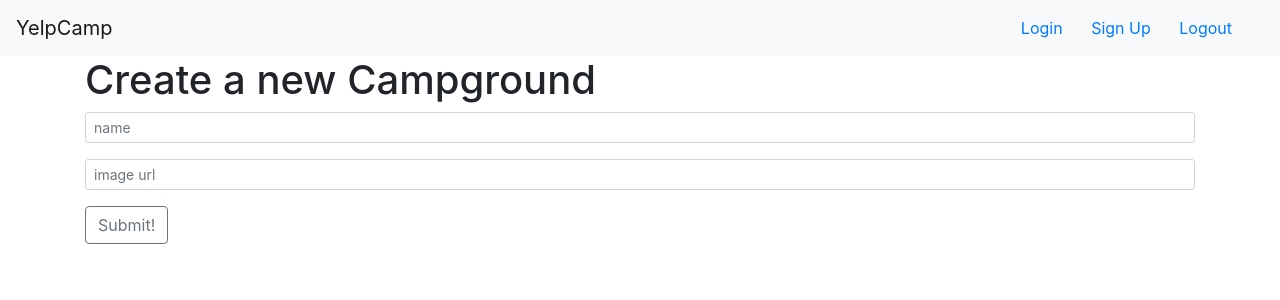
Repository: manojsatya/YelpCamp
Page: http://localhost/campgrounds/new
These files come from the project's save history. The page is drawn as it stood at one moment and after the next save; the edit follows.
The browser window is 1280 px wide. The pictures show the whole page.
The page is served by the project's Node server (app.js).

Above is the page before, as saved 2019-06-14 18:01:39.
Console error: TypeError: Cannot read properties of undefined (reading 'fn')

After the next save:
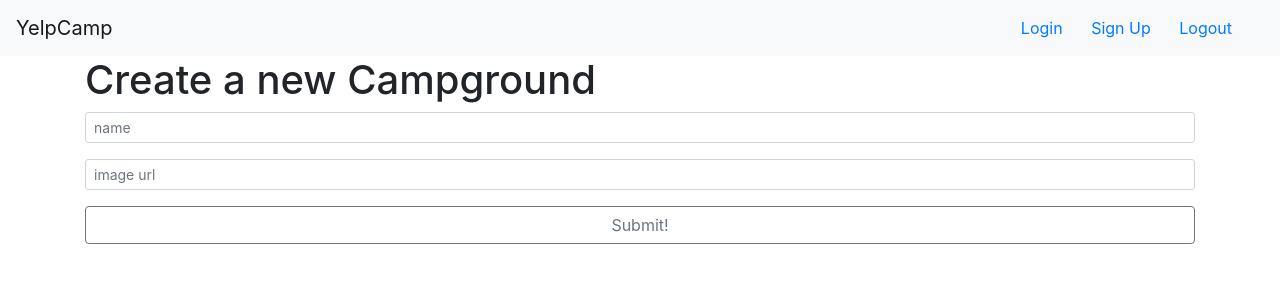
Saved 21 s later.
--- a/views/new.ejs
+++ b/views/new.ejs
@@ -13,7 +13,7 @@
             <input class="form-control form-control-sm" type="text" name="image" id="" placeholder="image url">
         </div>
         <div class="form-group">
-            <button class="btn btn-outline-secondary"> Submit!</button>
+            <button class="btn btn-outline-secondary btn-block"> Submit!</button>
         </div>
 
 
